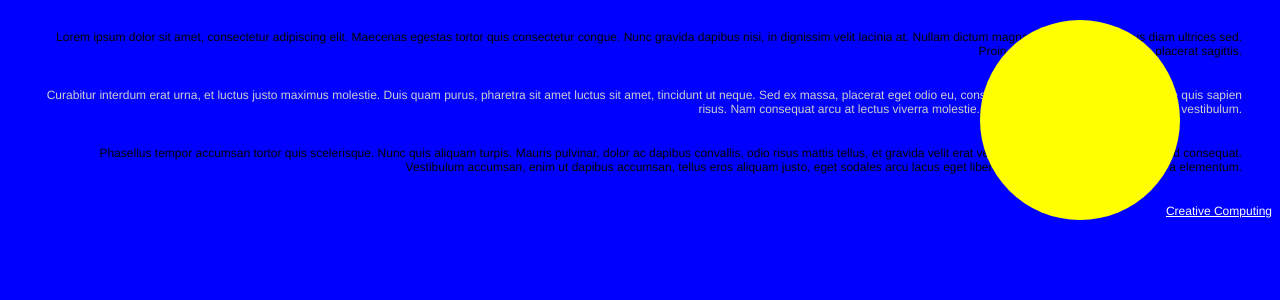
Repository: Nnetterz/Nnetterz.github.io
Page: index.html
The author's editor kept a record of every edit. The page is drawn from the files as they stood at one moment, then again after the next edit.
The browser window is 1280 px wide. The pictures show the whole page.

Above is the page before.

### index.html
<!DOCTYPE html>
<html>
    <head>
        <title>HELLO WORLD</title>
        <link href="style.css" rel="stylesheet">
    </head>
    <body>
        <div class="one">

      </div>

        <p>Lorem ipsum dolor sit amet, consectetur adipiscing elit. Maecenas egestas tortor quis consectetur congue. Nunc gravida dapibus nisi, in dignissim velit lacinia at. Nullam dictum magna sapien, vitae rhoncus diam ultrices sed. Proin elementum quam in neque placerat sagittis.</p>

       <p class="paragraph2"> Curabitur interdum erat urna, et luctus justo maximus molestie. Duis quam purus, pharetra sit amet luctus sit amet, tincidunt ut neque. Sed ex massa, placerat eget odio eu, consectetur hendrerit justo. Pellentesque quis sapien risus. Nam consequat arcu at lectus viverra molestie. Quisque mattis urna molestie viverra vestibulum.</p>

       <p>Phasellus tempor accumsan tortor quis scelerisque. Nunc quis aliquam turpis. Mauris pulvinar, dolor ac dapibus convallis, odio risus mattis tellus, et gravida velit erat vel elit. In eleifend commodo risus sed consequat. Vestibulum accumsan, enim ut dapibus accumsan, tellus eros aliquam justo, eget sodales arcu lacus eget libero. Etiam vehicula sit amet augue a elementum.</p>

       <a href=" ">Creative Computing</a>

    </body>
</html>

### style.css
body {
    background-color: blue;
    font-size: 12px;
    font-family: helvetica, arial, sans-serif;
    text-align: right;

}

p {
    margin: 30px;
}

.paragraph2 {
    color: #cdcdcd;
}

.one {
    width: 200px;
    height: 200px;
    background-color: yellow;
    position: fixed;
    top: 20px;
    right: 100px;
    border-radius: 100px;

}

.one:hover {
    background-color: black;
}

a:link {
    color:white;
}

a:hover {
    color: black;
}

After the next edit:
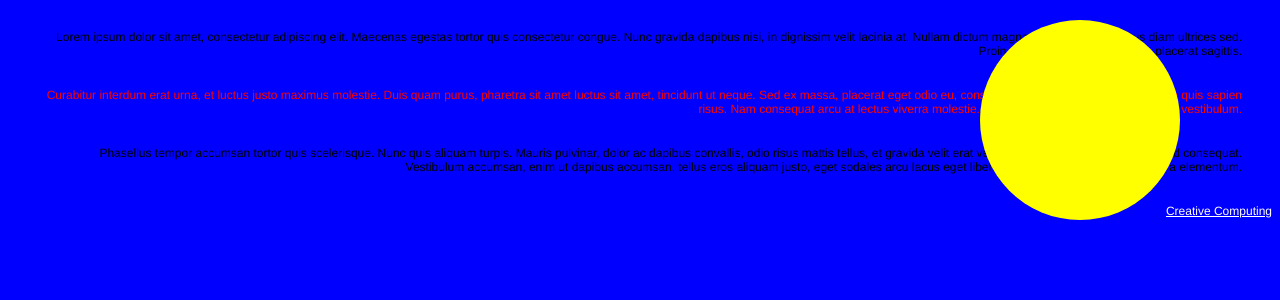
The edit:
--- a/style.css
+++ b/style.css
@@ -11,7 +11,7 @@
 }
 
 .paragraph2 {
-    color: #cdcdcd;
+    color: red;
 }
 
 .one {
